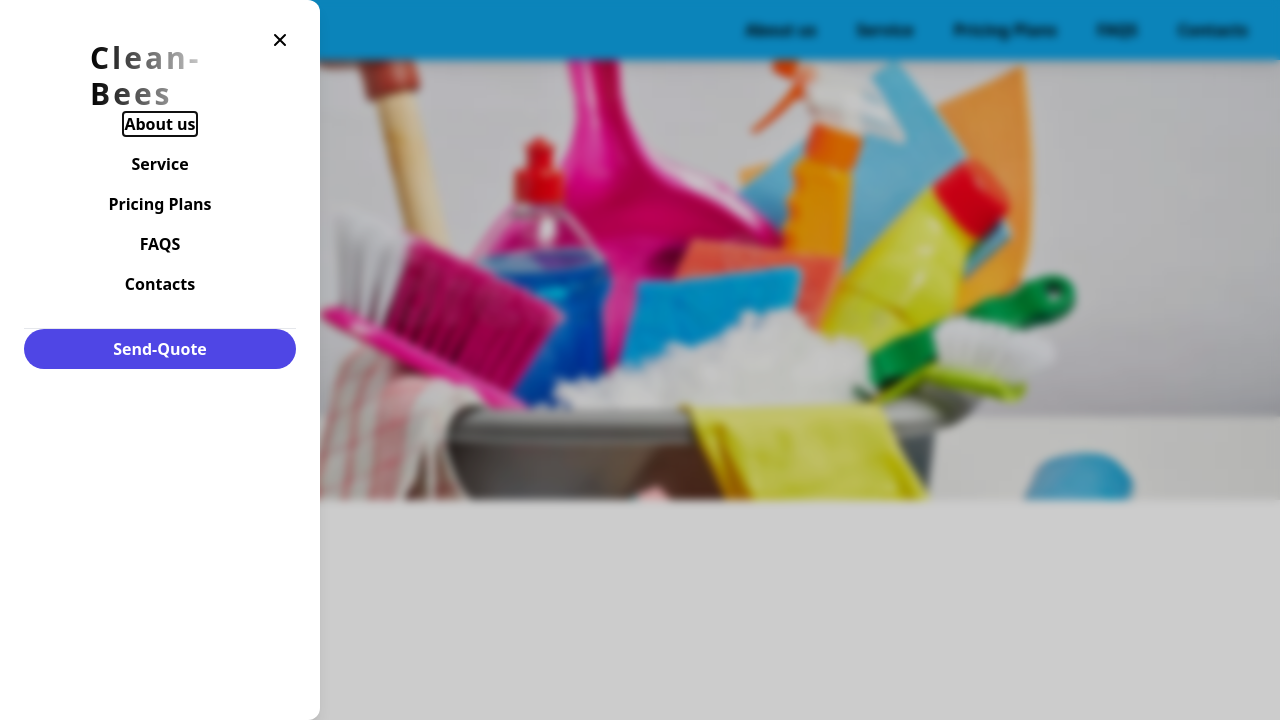
Repository: remydev47/cleanbees
Page: /
These files come from the project's save history. The page is drawn as it stood at one moment and after the next save; the edit follows.
The browser window is 1280 px wide. The pictures show the whole page.
The project was rebuilt for these pictures with package versions that can differ from the ones it lists, and the page was loaded fresh each time. The framework's server and built-in components were replaced by stand-ins that run in the browser. Also part of the build but not shown: next.config.js.

Above is the page before, as saved 2022-09-15 20:18:53.

### pages/_app.tsx
import '../styles/globals.css'
import type { AppProps } from 'next/app'
import { Header } from '../components/Header'


function MyApp({ Component, pageProps }: AppProps) {
  return (
    <>
      <Header />
      <Component {...pageProps} />
    </>

    )
}

export default MyApp

### pages/index.tsx
import type { NextPage } from 'next'
import Head from 'next/head'
import Image from 'next/image'
import Hero from '../components/Hero'

const Home: NextPage = () => {
  return (
    <div className="">
      <Head>
        <title>CleanBees</title>
        <link rel="icon" href="/favicon.ico" />
      </Head>
      <Hero />
      <h1>CleanBees</h1>
    </div>
  )
}

export default Home

### components/Header.tsx
import { navLinks } from "../constants"
import { MenuPopOver } from "./MenuPopover"
import Logo from "./Logo"
import Image from "next/image"
import { title } from "process"

export const Header = () => {
    return(
        <>
          <header className={styles.container}>
           <div className='flex grow-0 basis-1/3 md:hidden'>
             <MenuPopOver />
          </div>
          <div className='flex grow-0 basis-1/3 justify-center md:justify-start'>
            <Logo />
           </div>
           <ul className="list-none sm:flex hidden justify-end items-center flex-1">
            {navLinks.map((nav, index) => (
                <li
                key={nav.id}
                className={`font-poppins font-extrabold cursor-pointer text-[16px]
                  ${index === navLinks.length - 1 ? 'mr-0' : 'mr-10'}
                 text-black `}
                >
                    <a>{nav.title}</a>
                </li>
            ))}
           </ul>

          </header>
        </>
    )
}

const styles ={
    container:`sticky bg-[#0ea5e9] inset-x-0 top-0 z-20 flex items-center justify-between py-2 px-2 shadow-lg dark:bg-slate-900 sm:py-3 sm:px-8`
}

### components/Hero.tsx
import React from 'react'
import Image from 'next/image'


const Hero = () => {
  return (
    <>
      <section className='relative h-[640px] w-full  bg-blue-500 sm:h-[55vh] md:h-[440px]'>
        <Image
          src="/img/pixelcleaner3.jpg"
          layout='fill'
          objectFit='cover'
        />
        <div>

        </div>
      </section>

    </>
  )
}

export default Hero

### constants/index.ts

export const navLinks =[
    {
     id:"aboutus",
     title:"About us"
    },
    {
        id:"services",
        title:"Service"
    },
    {
        id:"pricingplans",
        title:"Pricing Plans"
    },
    {
        id:"faqs",
        title:"FAQS"
    },
    {
        id:"contacts",
        title:"Contacts"
    },
]

### components/MenuPopover.tsx
import React, { useState, Fragment } from 'react'
import { IconButton } from './Button'
import { Transition, Dialog }  from '@headlessui/react';
import Link from 'next/link';
import Logo from './Logo';
import { Button } from './Button';
//import { ThemeSelect } from './ThemeToogle';
import { navLinks } from '../constants';

export const MenuPopOver = () => {
    const [isOpen, setIsOpen] = useState(true)

    return(
      <div>
        <IconButton
          variant='ghost'
          aria-label='menu'
          onClick={() => setIsOpen(!isOpen)}
        >
          <svg className='h-6 w-6 ' fill='none' stroke='currentColor'>
            <path
              strokeLinecap='round'
              strokeLinejoin='round'
              strokeWidth={2}
              d='M4 6h16M4 12h16M4 18h16'
            />
          </svg>
        </IconButton>
        <Transition
          show={isOpen}
          appear
          as={Fragment}
          enter='transform transition ease-in-out duration-300'
          enterFrom='-translate-x-full'
          enterTo='translate-x-0'
          leave='transform transition ease-in-out duration-300 delay-200'
          leaveFrom='translate-x-0'
          leaveTo='-translate-x-full'
        >
         <Dialog
           as='div'
           className={`fixed inset-0 z-50`}
           onClose={setIsOpen}
           open={isOpen}
           >
           <Transition.Child
             as={Fragment}
             enter='ease-out duration-300 delay-300'
             enterFrom='opacity-0'
             enterTo='opacity-100'
             leave='ease-in duration-200'
             leaveFrom='opacity-100'
             leaveTo='opacity-0'
           >

            <Dialog.Overlay
              className={`fixed inset-0 bg-black/20 backdrop-blur-sm dark:bg-gray-900/80`}
             />
          </Transition.Child>
           <div className={styles.dialogcontainer}>
            <a className='mx-auto mt-4 flex w-[140px] '>
              <Logo />
            </a>
            <ul
                className={styles.navWrapper2}
             >
                {navLinks.map((nav, index) => (
                    <li
                     key={nav.id}
                     className={`font-poppins font-bold cursor-pointer text-[16px]
                      ${index === navLinks.length - 1 ? 'mr-0' : 'mb-4'}
                      text-black `}
                    >
                     <a href={`#${nav.id}`}>
                        {nav.title}
                     </a>
                    </li>
                 ))}
             </ul>
            {/* <div className='mt-0 border-t border-gray-200 pt-6 dark:border-gray-200/10'>

            </div> */}
            <ul className='mt-8 space-y-3 border-t border-gray-200 dark:border-gray-200/10'>
              <li>
               <Button fullWidth>
                   Send-Quote
               </Button>
              </li>

            </ul>
            <IconButton
              variant='ghost'
              aria-label='close menu'
              className='absolute top-5 right-5'
              onClick={() => setIsOpen(false)}
            >
              <svg
                viewBox='0 0 10 10'
                className='h-2.5 w-2.5 overflow-visible'
                aria-hidden='true'
              >
                <path
                    d='M0 0L10 10M10 0L0 10'
                    fill='none'
                    stroke='currentColor'
                    strokeWidth='2'
                    strokeLinecap='round'
                  />
              </svg>
            </IconButton>
           </div>
         </Dialog>
        </Transition>
      </div>
    )
  }

const styles ={
    dialogcontainer:`fixed top-0 bottom-0 left-0 w-full max-w-xs rounded-r-xl bg-white p-6 shadow-lg dark:bg-gray-800`,
    menuitems:`group relative flex h-9 items-center oveflow-hidden rounded-md hover:bg-slate-200/50`,
    navWrapper2:`list-none flex flex-col justify-end items-center flex-1`,
}

### components/Logo.tsx
import React from 'react';


const Logo  = () => {
  return (
    <span className={`bg-gradient-to-r from-black to-[#fff] bg-clip-text align-middle text-3xl font-black tracking-widest text-transparent hover:text-green-400`}>
        Clean-Bees
    </span>
  )
}

export default Logo;

### components/Button/index.tsx
import React, { forwardRef } from 'react';
//import { __DEV__ } from '../../utils/assertions'

type BaseButtonProps = Omit<React.HTMLProps<HTMLButtonElement>, "size">;

/* === Button Element === */

export interface ButtonProps extends BaseButtonProps {
  children: React.ReactNode;
  fullWidth?: boolean;
  className?: string;
  variant?: "solid" | "outline" | "ghost";
  size?: "sm" | "md" | "lg";
  as?: string;
  isExternal?: boolean;
  type?: "button" | "submit" | "reset";
}

export const Button = forwardRef<HTMLButtonElement, ButtonProps>(
  (
    {
      children,
      variant = "solid",
      size = "md",
      fullWidth = false,
      className,
      as = "button",
      isExternal = false,
      ...rest
    },
    ref
  ) => {
    let tempClassNames: string[] = [];

    const sharedClasses = [
      "capitalize",
      "focus:outline-none",
      "focus:ring-2",
      "focus:ring-indigo-400",
      "focus:ring-offset-2",
      "focus:ring-offset-indigo-50",
      "font-semibold",
      "rounded-full",
      "inline-flex",
      "flex-shrink-0",
      "items-center",
      "justify-center",
      "transition-colors",
      "ease-in-out",
      "duration-500",
    ];

    if (fullWidth) sharedClasses.push("w-full");

    // handle variants
    let btnSolid = ["bg-indigo-600", "hover:bg-indigo-700", "text-white"];
    let btnOutline = [
      "dark:text-white",
      "hover:text-yellow-700",
      "hover:dark:text-yellow-800",
      "bg-transparent",
      "hover:bg-indigo-50",
      "border",
      "border-indigo-600",
    ];
    let btnGhost = [
      "bg-transparent",
      "dark:text-white",
      "hover:bg-indigo-50",
      "hover:text-indigo-700",
      "hover:dark:text-indigo-700",
    ];

    if (variant === "solid") {
      tempClassNames = [...sharedClasses, ...btnSolid];
    } else if (variant === "outline") {
      tempClassNames = [...sharedClasses, ...btnOutline];
    } else if (variant === "ghost") {
      tempClassNames = [...sharedClasses, ...btnGhost];
    }

    // handle sizes
    let sizeSm = ["h-8", "px-2", "text-sm"];
    let sizeMd = ["h-10", "px-3"];
    let sizeLg = ["h-12", "px-4", "text-lg"];

    if (size === "sm") {
      tempClassNames = [...tempClassNames, ...sizeSm];
    } else if (size === "md") {
      tempClassNames = [...tempClassNames, ...sizeMd];
    } else if (size === "lg") {
      tempClassNames = [...tempClassNames, ...sizeLg];
    }

    let classes = tempClassNames.join(" ");

    let Element = as ? (
      React.createElement(
        as,
        {
          className: `${classes} ${className}`,
          target: isExternal ? "_blank" : undefined,
          rel: isExternal ? "noopener noreferrer" : undefined,
          ref,
          ...rest,
        },
        children
      )
    ) : (
      <button {...rest} className={`${classes} ${className}`} ref={ref}>
        {children}
      </button>
    );

    return Element;
  }
);

// if (__DEV__) {
//   Button.displayName = "Button";
// }

/* === IconButton Element === */

export interface IconButtonProps extends ButtonProps {
  icon?: React.ReactElement;
  "aria-label": string;
}

export const IconButton = forwardRef<HTMLButtonElement, IconButtonProps>(
  (
    {
      children,
      icon,
      className,
      "aria-label": ariaLabel,
      size = "md",
      ...rest
    },
    ref
  ) => {
    let sharedClasses = ["rounded-full", "!px-0"];

    // handle sizes
    let sizeSm = ["w-8"];
    let sizeMd = ["w-10"];
    let sizeLg = ["w-12"];

    if (size === "sm") {
      sharedClasses = [...sharedClasses, ...sizeSm];
    } else if (size === "md") {
      sharedClasses = [...sharedClasses, ...sizeMd];
    } else if (size === "lg") {
      sharedClasses = [...sharedClasses, ...sizeLg];
    }

    /**
     * Passing the icon as prop or children should work
     */
    const element = icon || children;
    const _children = React.isValidElement(element)
      ? React.cloneElement(element as any, {
          "aria-hidden": true,
          focusable: false,
        })
      : null;

    let classes = sharedClasses.join(" ");
    return (
      <Button
        className={`${classes} ${className}`}
        aria-label={ariaLabel}
        size={size}
        {...rest}
        ref={ref}
      >
        {_children}
      </Button>
    );
  }
);

// if (__DEV__) {
//   IconButton.displayName = "IconButton";
// }

Loaded but not shown: styles/globals.css (common file); tailwind.config.js (common file)

After the next save:
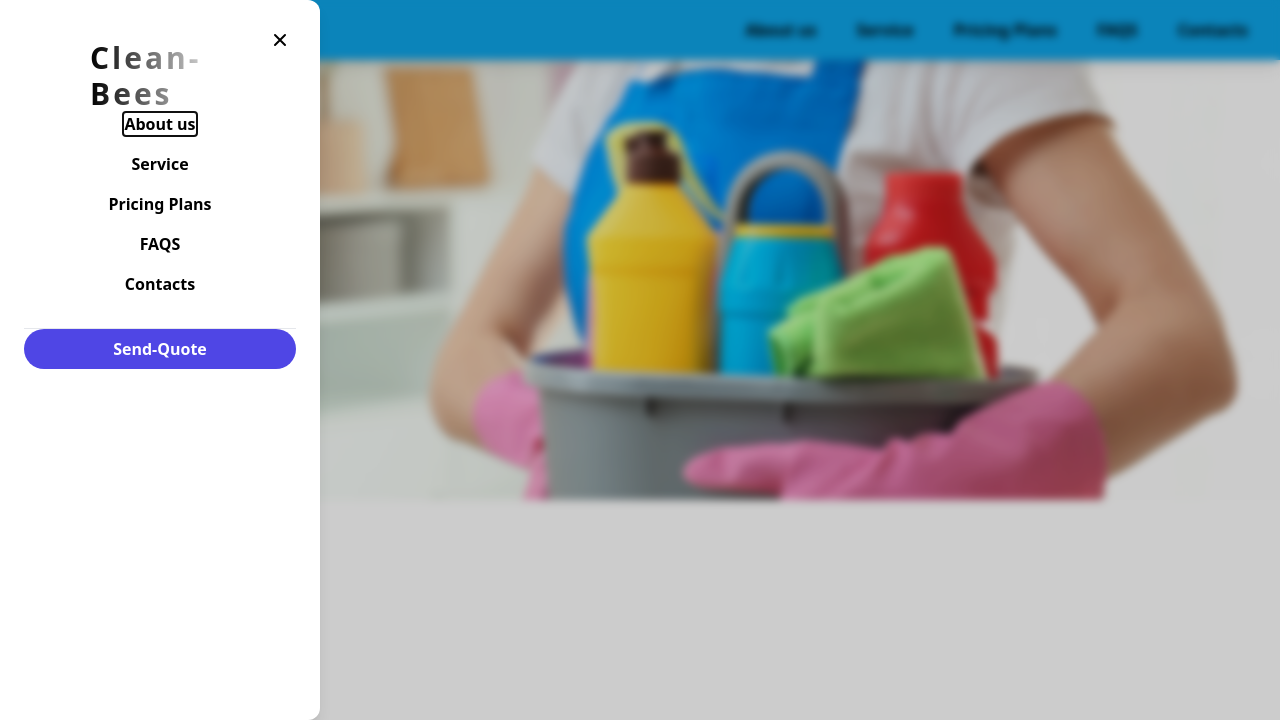
Saved 41 s later.
--- a/components/Hero.tsx
+++ b/components/Hero.tsx
@@ -7,7 +7,7 @@ const Hero = () => {
     <>
       <section className='relative h-[640px] w-full  bg-blue-500 sm:h-[55vh] md:h-[440px]'>
         <Image
-          src="/img/pixelcleaner3.jpg"
+          src="/img/pixel-cleaner2.jpg"
           layout='fill'
           objectFit='cover'
         />
